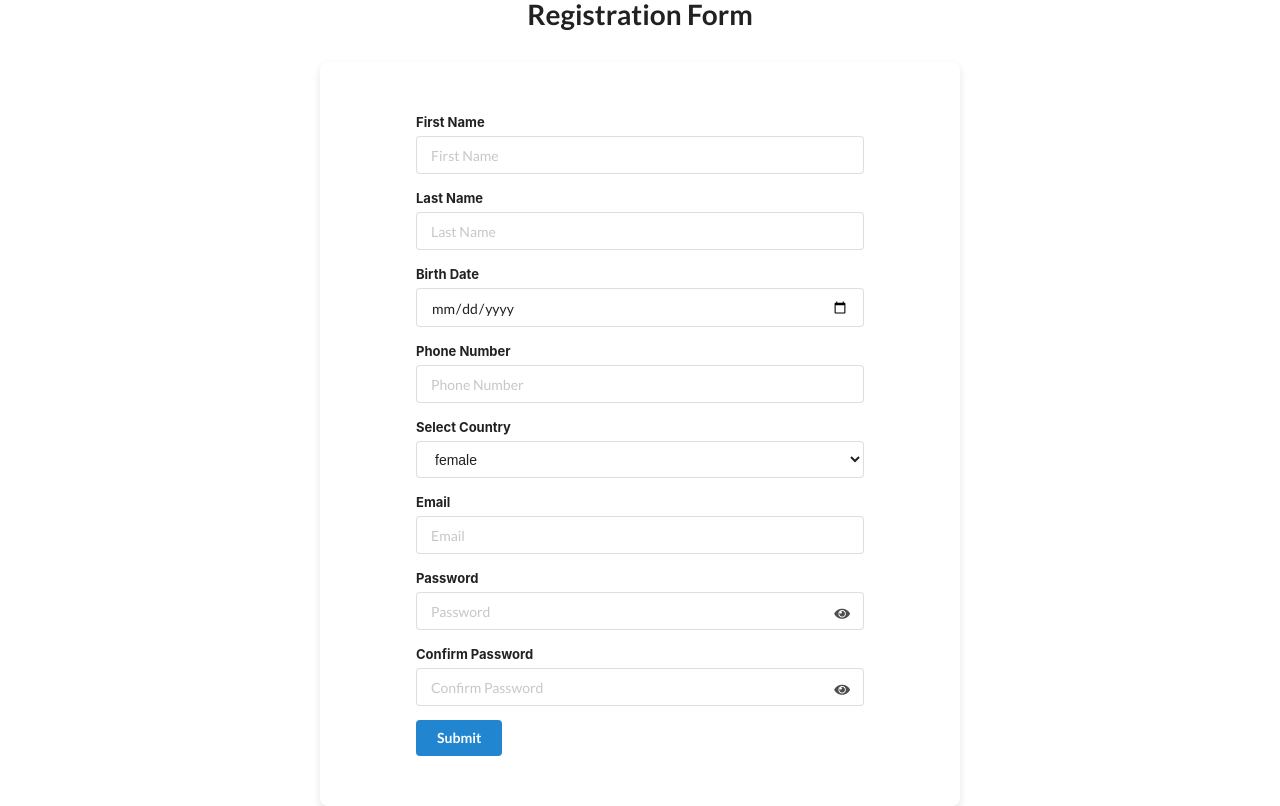
Repository: Wahid137/registration-form
Page: /
These files come from the project's save history. The page is drawn as it stood at one moment and after a run of saves; the edit follows.
The browser window is 1280 px wide. The pictures show the whole page.
The project was rebuilt for these pictures with package versions that can differ from the ones it lists, and the page was loaded fresh each time. Also part of the build but not shown: src/App.css.

Above is the page before, as saved 2024-05-01 13:50:19.

### src/index.js
import React from 'react';
import ReactDOM from 'react-dom/client';
import 'semantic-ui-css/semantic.min.css';
import App from './App';
import './index.css';
import reportWebVitals from './reportWebVitals';

const root = ReactDOM.createRoot(document.getElementById('root'));
root.render(
  <React.StrictMode>
    <App />
  </React.StrictMode>
);

// If you want to start measuring performance in your app, pass a function
// to log results (for example: reportWebVitals(console.log))
// or send to an analytics endpoint. Learn more: https://bit.ly/CRA-vitals
reportWebVitals();

### src/App.js
import { Header } from 'semantic-ui-react';
import './App.css';
import Register from './components/Register';

function App() {
  return (
    <div className="App">
      <Header as='h1' textAlign='center'>
        Registration Form
      </Header>
      <Register />
    </div>
  );
}

export default App;

### src/components/Register.js
import Joi from "joi";
import moment from "moment";
import React, { useState } from "react";
import { useForm } from "react-hook-form";
import { Button, Container, Form, FormField, Icon } from "semantic-ui-react";

const Register = () => {
    const [showPassword, setShowPassword] = useState(false); // State to toggle password visibility
    const [showConfirmPassword, setShowConfirmPassword] = useState(false); // State to toggle confirm password visibility
    const togglePasswordVisibility = () => setShowPassword(!showPassword);
    const toggleConfirmPasswordVisibility = () => setShowConfirmPassword(!showConfirmPassword);

    // Initialize React Hook Form
    const { register, handleSubmit, formState: { errors }, reset, watch } = useForm();
    const password = watch("password", "");

    // State to hold errors
    const [formErrors, setFormErrors] = useState({});

    // Calculate the minimum birth date (18 years ago from today)
    const minBirthDate = moment().subtract(18, "years").format("YYYY-MM-DD");
    const nameRegex = /^[A-Za-z\s]+$/;
    const phoneRegex = /^[0-9]{10}$/;
    const passwordRegex = /^(?=.*[a-z])(?=.*[A-Z])(?=.*\d)[a-zA-Z\d]{3,30}$/;

    // Joi schema for validation
    const schema = Joi.object({
        firstName: Joi.string().min(2).max(20).pattern(nameRegex).required().messages({
            "string.base": "First name must be a string",
            "string.empty": "Please enter your first name",
            "string.min": "First name must have at least {#limit} characters",
            "string.max": "First name cannot exceed {#limit} characters",
            "string.pattern.base": "First name must contain only alphabets and spaces",
            "any.required": "First name is required",
        }),
        lastName: Joi.string().min(2).max(20).pattern(nameRegex).required().messages({
            "string.base": "Last name must be a string",
            "string.empty": "Please enter your last name",
            "string.min": "Last name must have at least {#limit} characters",
            "string.max": "Last name cannot exceed {#limit} characters",
            "string.pattern.base": "Last name must contain only alphabets and spaces",
            "any.required": "Last name is required",
        }),
        birthDate: Joi.date()
            .max(minBirthDate) // Set the maximum allowed birth date
            .required()
            .messages({
                "date.base": "Please enter a valid date",
                "date.max": "You must be at least 18 years old",
                "any.required": "Birth date is required",
            }),
        phoneNumber: Joi.string().pattern(phoneRegex).required().messages({
            "string.base": "Phone number must be a string",
            "string.empty": "Please enter your phone number",
            "string.pattern.base": "Phone number must be exactly 10 digits",
            "any.required": "Phone number is required",
        }),
        email: Joi.string().email({ tlds: { allow: false } }).required().messages({
            "string.base": "Email must be a string",
            "string.empty": "Please enter your email",
            "string.email": "Please enter a valid email address",
            "any.required": "Email is required",
        }),
        password: Joi.string().pattern(passwordRegex).required().messages({
            "string.base": "Password must be a string",
            "string.empty": "Please enter your password",
            "string.pattern.base": "Password must be 3 to 30 characters long and contain at least one lowercase letter, one uppercase letter, and one digit",
            "any.required": "Password is required",
        }),
        confirmPassword: Joi.string().valid(password).required().messages({
            "any.required": "Confirm password is required",
            "any.only": "Passwords do not match",

        }),
    });

    const getPasswordErrorMessage = (value) => {
        if (value.length < 3 || value.length > 30) {
            return "Password must be 3 to 30 characters long";
        }
        if (!/[a-z]/.test(value)) {
            return "Password must contain at least one lowercase letter";
        }
        if (!/[A-Z]/.test(value)) {
            return "Password must contain at least one uppercase letter";
        }
        if (!/[0-9]/.test(value)) {
            return "Password must contain at least one digit";
        }
        return "";
    };

    const onSubmit = (data) => {
        // Validate using Joi schema
        const { error } = schema.validate(data, { abortEarly: false });
        if (error) {
            const errorMessage = {};
            error.details.forEach((detail) => {
                errorMessage[detail.path[0]] = detail.message;
            });
            // Additional password validation based on input
            if (data.password) {
                errorMessage.password = getPasswordErrorMessage(data.password);
            }
            setFormErrors(errorMessage); // Set errors in component state
            return; // Exit early if there are errors
        }
        console.log(data);
        reset(); // Reset the form after successful submission
        setFormErrors({}); // Clear all errors after successful submission
    };

    return (
        <Container
            style={{
                marginTop: "30px",
                display: "flex",
                width: "50%",
                justifyContent: "center",
                paddingTop: "50px",
                paddingBottom: "50px",
                boxShadow: "0 4px 8px rgba(0,0,0,0.1)", // Add shadow effect
                borderRadius: "8px", // Add border radius for rounded corners
            }}
        >
            <Form style={{ width: "70%" }} onSubmit={handleSubmit(onSubmit)}>
                <div style={{ marginBottom: "1rem" }}>
                    <FormField error={formErrors.firstName !== undefined}>
                        <label>First Name</label>
                        <input
                            placeholder="First Name"
                            {...register("firstName")}
                            className={formErrors.firstName ? "error" : ""}
                        />
                        {formErrors.firstName && (
                            <div className="ui pointing red basic label">
                                {formErrors.firstName}
                            </div>
                        )}
                    </FormField>
                </div>
                <div style={{ marginBottom: "1rem" }}>
                    <FormField error={formErrors.lastName !== undefined}>
                        <label>Last Name</label>
                        <input
                            placeholder="Last Name"
                            {...register("lastName")}
                            className={formErrors.lastName ? "error" : ""}
                        />
                        {formErrors.lastName && (
                            <div className="ui pointing red basic label">
                                {formErrors.lastName}
                            </div>
                        )}
                    </FormField>
                </div>
                <div style={{ marginBottom: "1rem" }}>
                    <FormField error={formErrors.birthDate !== undefined}>
                        <label>Birth Date</label>
                        <input
                            type="date"
                            name="birthDate"
                            {...register("birthDate")}
                            className={formErrors.birthDate ? "error" : ""}
                        />
                        {formErrors.birthDate && (
                            <div className="ui pointing red basic label">
                                {formErrors.birthDate}
                            </div>
                        )}
                    </FormField>
                </div>
                <div style={{ marginBottom: "1rem" }}>
                    <FormField error={formErrors.phoneNumber !== undefined}>
                        <label>Phone Number</label>
                        <input
                            placeholder="Phone Number"
                            {...register("phoneNumber")}
                            className={formErrors.phoneNumber ? "error" : ""}
                        />
                        {formErrors.phoneNumber && (
                            <div className="ui pointing red basic label">
                                {formErrors.phoneNumber}
                            </div>
                        )}
                    </FormField>
                </div>
                <div style={{ marginBottom: "1rem" }}>
                    <FormField>
                        <label>Select Country</label>
                        <select {...register("gender")}>
                            <option value="female">female</option>
                            <option value="male">male</option>
                            <option value="other">other</option>
                        </select>
                    </FormField>
                </div>
                <div style={{ marginBottom: "1rem" }}>
                    <FormField error={formErrors.email !== undefined}>
                        <label>Email</label>
                        <input
                            placeholder="Email"
                            {...register("email")}
                            className={formErrors.email ? "error" : ""}
                        />
                        {formErrors.email && (
                            <div className="ui pointing red basic label">
                                {formErrors.email}
                            </div>
                        )}
                    </FormField>
                </div>
                <div style={{ marginBottom: "1rem" }}>
                    <FormField error={formErrors.password !== undefined}>
                        <label>Password</label>
                        <div className="ui input">
                            <input
                                type={showPassword ? "text" : "password"}
                                placeholder="Password"
                                {...register("password")}
                                className={formErrors.password ? "error" : ""}
                            />
                            <Icon
                                name={showPassword ? "eye slash" : "eye"}
                                link
                                onClick={togglePasswordVisibility}
                                style={{ cursor: "pointer", position: "absolute", right: "10px", top: "50%", transform: "translateY(-50%)" }}
                            />
                        </div>
                        {formErrors.password && (
                            <div className="ui pointing red basic label">
                                {formErrors.password}
                            </div>
                        )}
                    </FormField>
                </div>
                <div style={{ marginBottom: "1rem" }}>
                    <FormField error={formErrors.confirmPassword !== undefined}>
                        <label>Confirm Password</label>
                        <div className="ui input">
                            <input
                                type={showConfirmPassword ? "text" : "password"}
                                placeholder="Confirm Password"
                                {...register("confirmPassword")}
                                className={formErrors.confirmPassword ? "error" : ""}
                            />
                            <Icon
                                name={showConfirmPassword ? "eye slash" : "eye"}
                                link
                                onClick={toggleConfirmPasswordVisibility}
                                style={{ cursor: "pointer", position: "absolute", right: "10px", top: "50%", transform: "translateY(-50%)" }}
                            />
                        </div>
                        {formErrors.confirmPassword && (
                            <div className="ui pointing red basic label">
                                {formErrors.confirmPassword}
                            </div>
                        )}
                    </FormField>
                </div>
                <Button type="submit" color="blue">
                    Submit
                </Button>
            </Form>
        </Container>
    );
};

export default Register;

Loaded but not shown: public/index.html (common file); src/index.css (common file); src/reportWebVitals.js (common file)

After the next 2 saves:
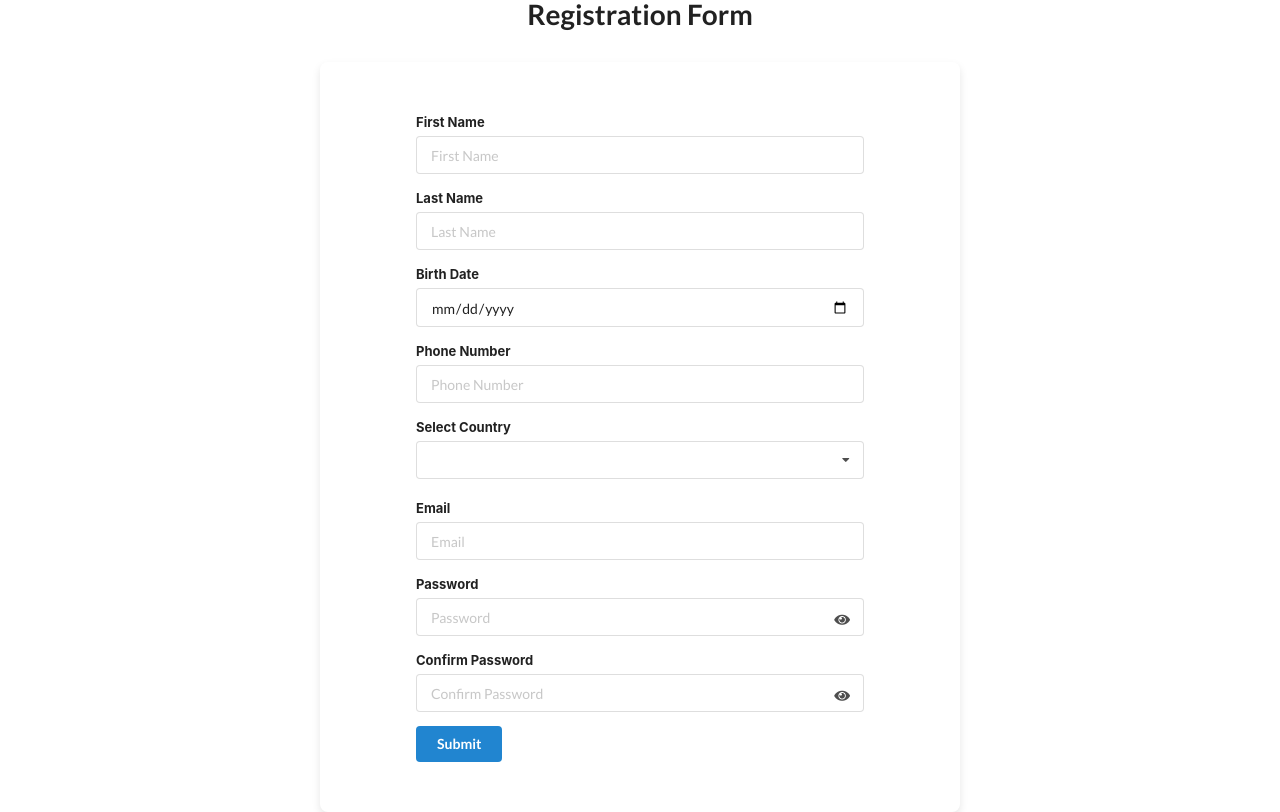
The 2 saves are shown as one change because 1 did not build or start.
The last was saved 57 s later.
--- a/src/components/Register.js
+++ b/src/components/Register.js
@@ -2,7 +2,7 @@ import Joi from "joi";
 import moment from "moment";
 import React, { useState } from "react";
 import { useForm } from "react-hook-form";
-import { Button, Container, Form, FormField, Icon } from "semantic-ui-react";
+import { Button, Container, Form, FormField, Icon, Select } from "semantic-ui-react";
 
 const Register = () => {
     const [showPassword, setShowPassword] = useState(false); // State to toggle password visibility
@@ -188,11 +188,7 @@ const Register = () => {
                 <div style={{ marginBottom: "1rem" }}>
                     <FormField>
                         <label>Select Country</label>
-                        <select {...register("gender")}>
-                            <option value="female">female</option>
-                            <option value="male">male</option>
-                            <option value="other">other</option>
-                        </select>
+                        <Select {...register("gender")} />
                     </FormField>
                 </div>
                 <div style={{ marginBottom: "1rem" }}>
